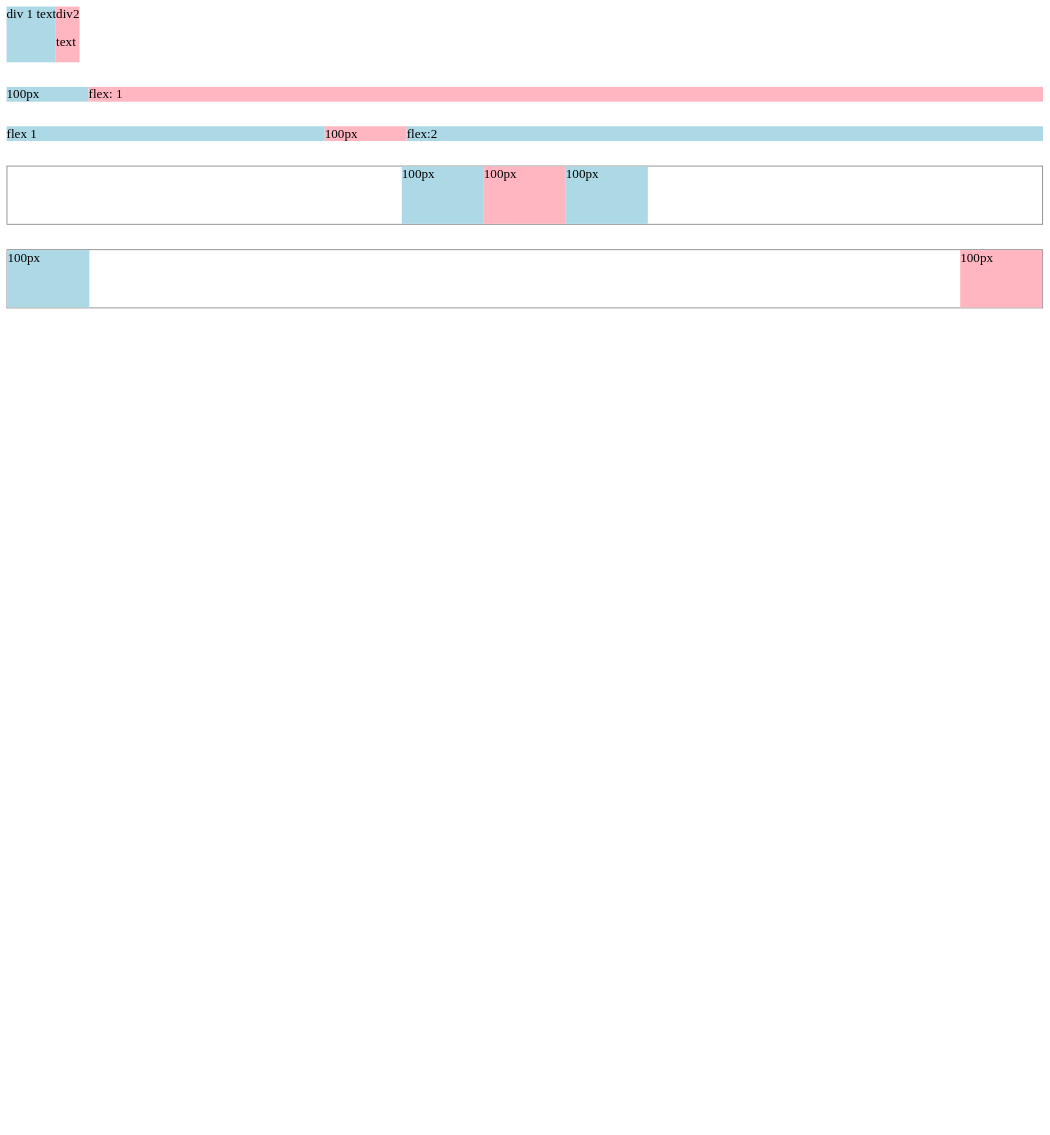
Repository: knowledgeAlan/html-css-twelve
Page: flexbox.html
An editor plug-in stored every save of this project. The page is shown before and after the next save, followed by the edit.
The browser window is 1280 px wide. The pictures show the whole page, at 82% of full size.

Above is the page before, as saved 2024-03-11 17:28:50.

After the next save:
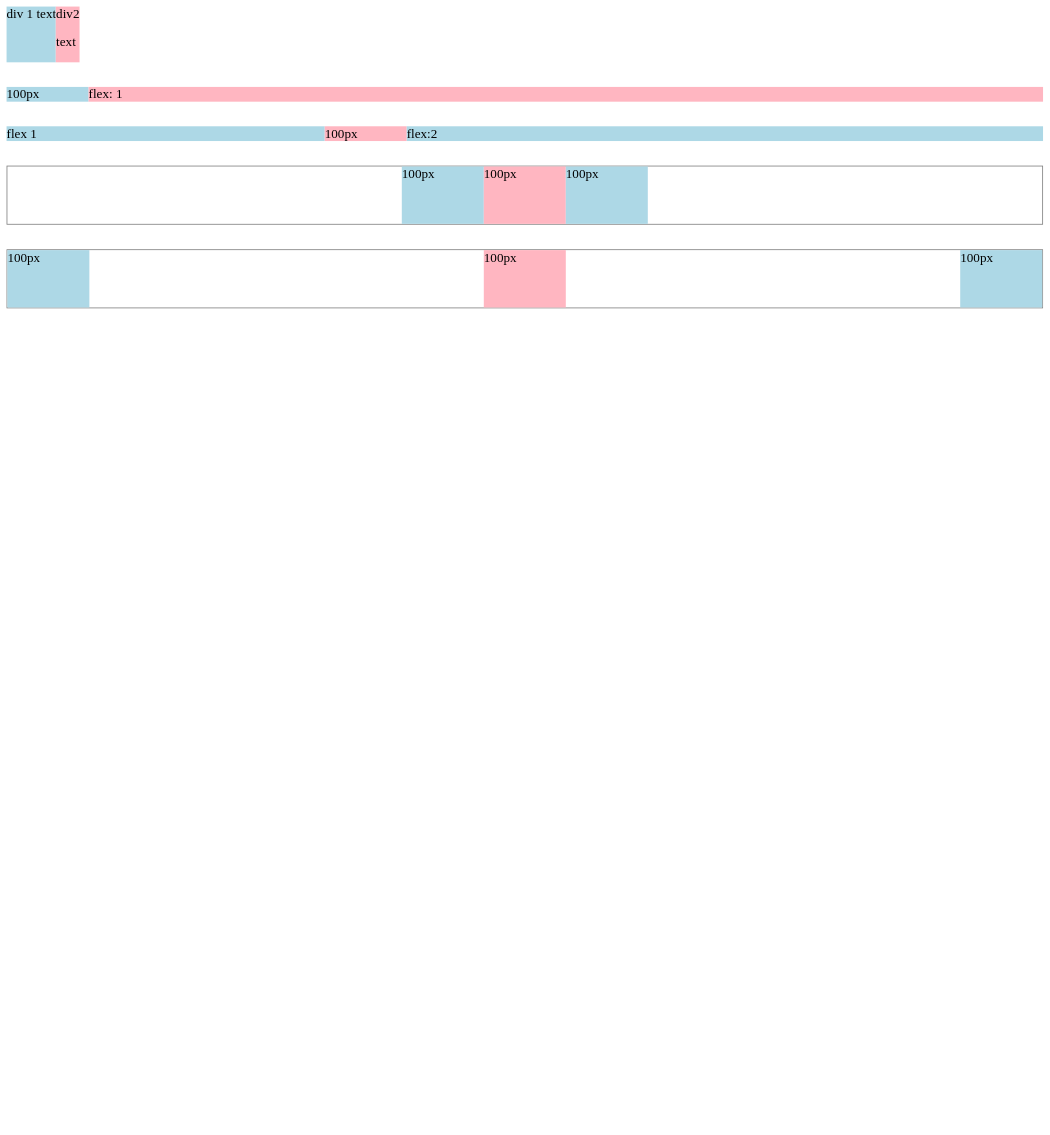
Saved 69 min 18 s later.
--- a/flexbox.html
+++ b/flexbox.html
@@ -119,7 +119,13 @@
             ">
                 100px
             </div>
+
+            <div style="background-color: lightblue; width: 100px;"> 100px</div>
+
         </div>
+
+
+
 
 
 
